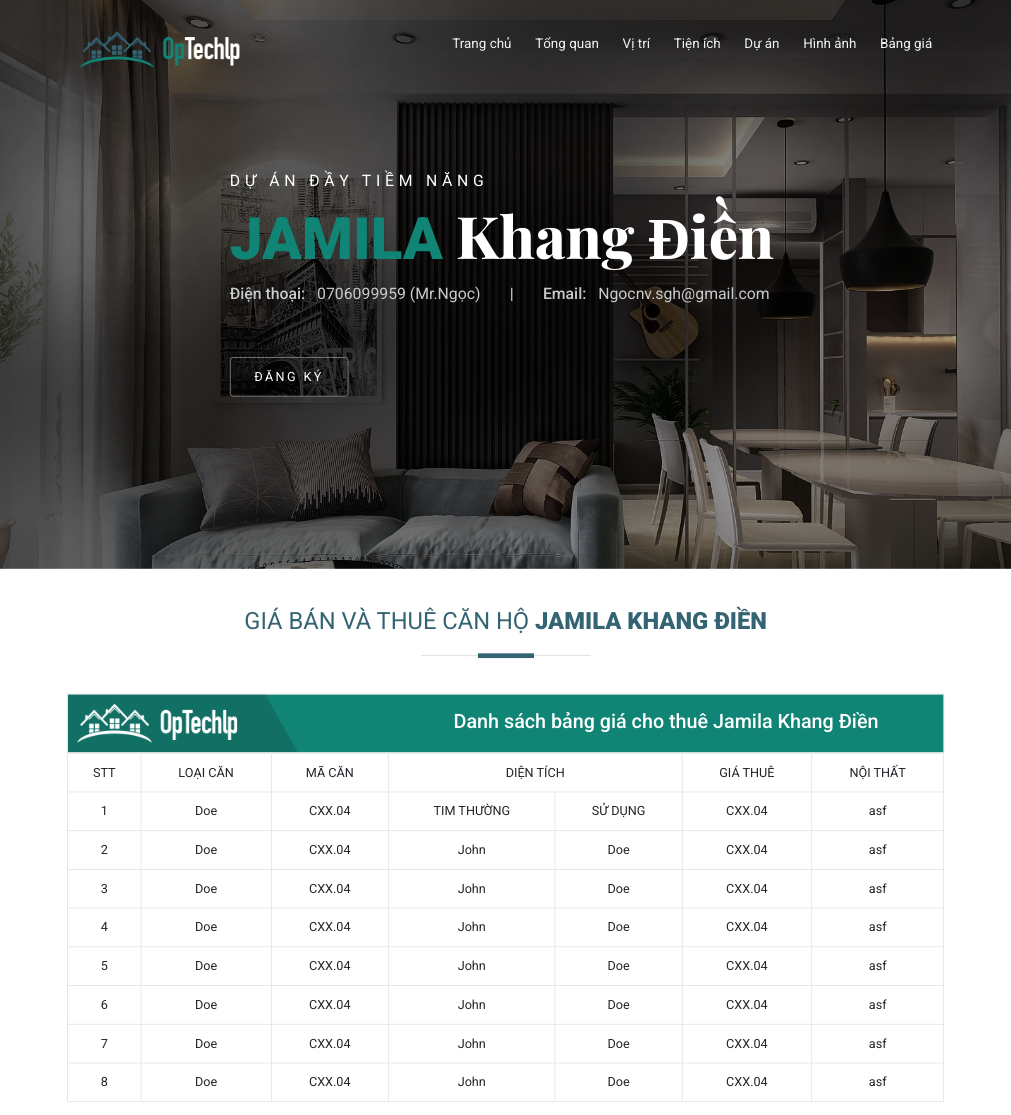
Repository: phunobi1807/Myweb
Page: index.html
An editor plug-in stored every save of this project. The page is shown before and after the next save, followed by the edit.
The browser window is 1280 px wide. The pictures show the whole page, at 79% of full size.
Some web fonts or font styles are not loaded; a fallback is used.

Above is the page before, as saved 2021-05-14 14:04:47.

### index.html
<!DOCTYPE html>
<html lang="en">

<head>
    <meta charset="UTF-8">
    <meta http-equiv="X-UA-Compatible" content="IE=edge">
    <meta name="viewport" content="width=device-width, initial-scale=1.0">
    <link rel="stylesheet" type="text/css" href="./css/style.css">
    <title>JAMILA Khang Điền</title>
</head>

<body>
    <header>
        <a href="#" class="logo">
            <img src="./image/logo-banner.png" alt="logo">
        </a>
        <div class="menuToggle" onclick="toggleMenu"></div>
        <ul class="navigation">
            <li><a href="#" onclick="toggleMenu">Trang chủ</a></li>
            <li><a href="#" onclick="toggleMenu">Tổng quan</a></li>
            <li><a href="#" onclick="toggleMenu">Vị trí</a></li>
            <li><a href="#" onclick="toggleMenu">Tiện ích</a></li>
            <li><a href="#" onclick="toggleMenu">Dự án</a></li>
            <li><a href="#" onclick="toggleMenu">Hình ảnh</a></li>
            <li><a href="#" onclick="toggleMenu">Bảng giá</a></li>
        </ul>
    </header>
    <section class="banner" id="banner">
        <div class="content">
            <p class="title">dự án đầy tiềm năng</p>
            <h3><strong>JAMILA</strong> Khang Điền</h3>
            <div class="content-contact">
                <p class="phone">Điện thoại: <span class="number-phone">0706099959 (Mr.Ngọc)</span></p>
                <div class="gachgiua">|</div>
                <p class="email">Email: <span class="email">Ngocnv.sgh@gmail.com</span></p>
            </div>
            <div class="input">
                <input type="button" class="btn btn-outline" value="Đăng ký">
            </div>
        </div>
    </section>
    <section class="price-apartment mt-5">
        <div class="container text-center">
            <div class="list-price-apartment">
                <h1>giá bán và thuê căn hộ <span>jamila khang điền</span></h1>
                <div class="gach-chan">
                    <div class="gachchan"></div>
                </div>
                <table class="table table-bordered mt-5">
                    <thead>
                        <tr>
                            <th colspan="7" style="background-image:url(./image/optechlp.png); background-repeat: no-repeat;">
                                <div class="title-table">
                                    <img src="./image/optechlp1.png" alt="">
                                    <p>Danh sách bảng giá cho thuê Jamila Khang Điền</p>
                                </div>
                            </th>
                        </tr>
                    </thead>
                    <tbody>
                        <tr class="list-title">
                            <td>STT</td>
                            <td>loại căn</td>
                            <td>mã căn</td>
                            <td colspan="2">diện tích
                            </td>
                            <td>giá thuê</td>
                            <td colspan="2">nội thất</td>


                        </tr>
                        <tr>
                            <td>1</td>
                            <td>Doe</td>
                            <td>CXX.04</td>
                            <td>TIM THƯỜNG</td>
                            <td>SỬ DỤNG</td>
                            <td>CXX.04</td>
                            <td>asf</td>
                        </tr>
                        <tr>
                            <td>2</td>
                            <td>Doe</td>
                            <td>CXX.04</td>
                            <td>John</td>
                            <td>Doe</td>
                            <td>CXX.04</td>
                            <td>asf</td>
                        </tr>
                        <tr>
                            <td>3</td>
                            <td>Doe</td>
                            <td>CXX.04</td>
                            <td>John</td>
                            <td>Doe</td>
                            <td>CXX.04</td>
                            <td>asf</td>
                        </tr>
                        <tr>
                            <td>4</td>
                            <td>Doe</td>
                            <td>CXX.04</td>
                            <td>John</td>
                            <td>Doe</td>
                            <td>CXX.04</td>
                            <td>asf</td>
                        </tr>
                        <tr>
                            <td>5</td>
                            <td>Doe</td>
                            <td>CXX.04</td>
                            <td>John</td>
                            <td>Doe</td>
                            <td>CXX.04</td>
                            <td>asf</td>
                        </tr>
                        <tr>
                            <td>6</td>
                            <td>Doe</td>
                            <td>CXX.04</td>
                            <td>John</td>
                            <td>Doe</td>
                            <td>CXX.04</td>
                            <td>asf</td>
                        </tr>
                        <tr>
                            <td>7</td>
                            <td>Doe</td>
                            <td>CXX.04</td>
                            <td>John</td>
                            <td>Doe</td>
                            <td>CXX.04</td>
                            <td>asf</td>
                        </tr>
                        <tr>
                            <td>8</td>
                            <td>Doe</td>
                            <td>CXX.04</td>
                            <td>John</td>
                            <td>Doe</td>
                            <td>CXX.04</td>
                            <td>asf</td>
                        </tr>

                    </tbody>

                </table>
            </div>
        </div>
    </section>
    <link rel="stylesheet" href="https://maxcdn.bootstrapcdn.com/bootstrap/4.5.2/css/bootstrap.min.css">
    <script src="https://ajax.googleapis.com/ajax/libs/jquery/3.5.1/jquery.min.js"></script>
    <script src="https://cdnjs.cloudflare.com/ajax/libs/popper.js/1.16.0/umd/popper.min.js"></script>
    <script src="https://maxcdn.bootstrapcdn.com/bootstrap/4.5.2/js/bootstrap.min.js"></script>
    <script type="text/javascript">
        window.addEventListener('scroll', function() {
            const header = document.querySelector('header');
            header.classList.toggle("sticky", window.scrollY > 0);
        });

        function toggleMenu() {
            const menutoggle = document.querySelector('.menuToggle');
            const navigation = document.querySelector('.navigation');
            menuToggle.classList.toggle('active');
            navigation.classList.toggle('active');
        }
    </script>
</body>

</html>
<!-- <script type="text/javascript">
    window.addEventListener('scroll', function() {
        const header = document.querySelector('header');
        header.classList.toggle("sticky", window.scrollY > 0);
    });

    function toggleMenu() {
        const menuToggle = document.querySelector('.menuToggle');
        const navigation = document.querySelector('.navigation');
        menuToggle.classList.toggle('active');
        navigation.classList.toggle('active');
    }
</script> -->

### css/style.css
    @import url(https://fonts.googleapis.com/css2?family=Roboto:wght@100;200;300;400;500;600;800;900&display=swap);
    @import url(https://fonts.googleapis.com/css2?family=Playfair+Display:wght@100;200;300;400;500;600;800;900&display=swap);
    * {
        margin: 0;
        padding: 0;
        box-sizing: border-box;
        font-family: 'Roboto', 'Regular';
        scroll-behavior: smooth;
    }

    body {
        overflow-x: hidden;
    }

    p {
        font-weight: 300;
        color: #ffffff;
    }

    .banner {
        position: relative;
        width: 100%;
        min-height: 100vh;
        display: flex;
        justify-content: center;
        align-items: center;
        background: url('../image/banner.png');
        background-size: cover;
    }

    .banner .content {
        max-width: 900px;
        text-align: left;
    }

    .banner .content p.title {
        font-size: 20px;
        opacity: 100%;
        text-transform: uppercase;
        font-weight: 400;
        letter-spacing: 6px;
        line-height: 20px;
        color: #ffffff;
    }

    .banner .content h3 {
        font-family: 'Playfair Display', serif;
        font-size: 74px;
        font-style: bold;
        font-weight: 700;
        color: #ffffff;
        text-align: left;
    }

    .banner .content h3 strong {
        color: #118575;
    }

    .banner .content .content-contact {
        margin-bottom: 50px;
    }

    .banner .content .content-contact,
    p {
        display: flex;
        color: #cacaca;
        font-size: 20px;
        font-style: bold;
        font-weight: 500;
    }

    .banner .content .content-contact p span {
        padding: 0px 15px;
        font-weight: 400;
        font-style: normal;
        color: #cacaca;
    }

    .banner .content .content-contact .gachgiua {
        padding-right: 15px;
        margin: 0px 22px;
    }

    .banner .content .input input {
        width: 150px;
        height: 50px;
        border: 1px solid;
        /* opacity: 40%; */
        color: #ffffff;
        border-color: #8a8a8a;
        text-transform: uppercase;
        letter-spacing: 3px;
        transition: 0.5s;
    }

    .banner .content .input input:hover {
        width: 160px;
        transition: 0.5s;
        background-color: #118575;
    }

    .banner .content .input input::-ms-value {
        color: red;
    }

    header {
        position: fixed;
        top: 0;
        left: 0;
        width: 100%;
        padding: 40px 100px;
        z-index: 10;
        display: flex !important;
        justify-content: space-between;
        align-items: center;
        transition: 0.5s;
    }

    header.sticky {
        background: rgb(43, 43, 43);
        padding: 10px 100px;
        box-shadow: 0 5px 20px rgba(0, 0, 0, 0.05);
    }

    header.sticky ul {
        margin-top: 14px;
        line-height: 14px;
    }

    header .navigation {
        position: relative;
        display: flex;
    }

    header .navigation li {
        list-style-type: none;
        margin-left: 30px;
    }

    header .navigation li a {
        opacity: 100%;
        font-size: 17px;
        text-decoration: none;
        color: #f2f2f2;
        line-height: 20px;
    }

    header.sticky .navigation li a {
        color: #fff;
    }

    header .navigation li a:hover {
        color: #118575;
        letter-spacing: 3px;
        transition: 1s;
        text-transform: uppercase;
    }
    /* giá bán căn hộ trong bảng  */

    .price-apartment h1 {
        font-size: 30px;
        text-transform: uppercase;
        font-weight: 400;
        color: #346473;
    }

    .price-apartment h1 span {
        font-weight: 900;
    }

    .price-apartment .gach-chan {
        border-bottom: 1px solid #d7d7d7;
        width: 215px;
        margin-left: 28rem;
        z-index: 1;
        margin-top: 25px;
    }

    .price-apartment .gachchan {
        position: absolute;
        border: 3px solid #346473;
        width: 71px;
        margin-left: 4.5rem;
        z-index: 10;
        margin-top: -2.5px;
    }

    .price-apartment .title-table {
        display: flex;
        justify-content: space-between;
    }

    .price-apartment .title-table img {}

    .price-apartment .title-table p {
        line-height: 21px;
        margin-top: 12px;
        padding: 0px 70px;
        font-style: bold;
        color: #fff;
        font-size: 25px;
    }

    .price-apartment table tr.list-title {
        text-transform: uppercase;
    }

    .price-apartment table thead tr {
        background-color: #118575;
    }
    /* end giá bán căn hộ trong bảng  */

After the next save:
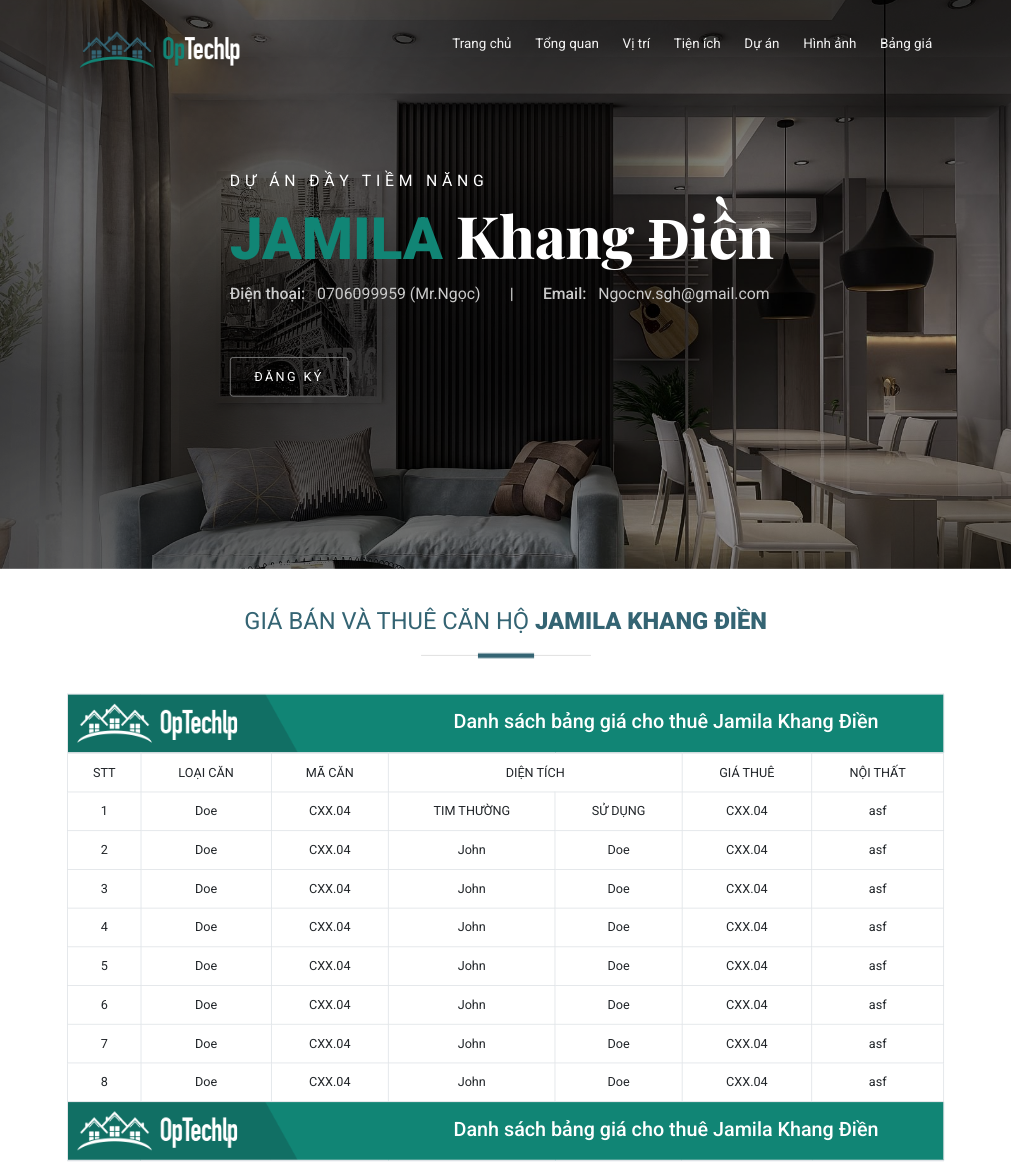
Saved 38 s later.
--- a/index.html
+++ b/index.html
@@ -141,6 +141,16 @@
                             <td>CXX.04</td>
                             <td>asf</td>
                         </tr>
+                        <thead>
+                            <tr>
+                                <th colspan="7" style="background-image:url(./image/optechlp.png); background-repeat: no-repeat;">
+                                    <div class="title-table">
+                                        <img src="./image/optechlp1.png" alt="">
+                                        <p>Danh sách bảng giá cho thuê Jamila Khang Điền</p>
+                                    </div>
+                                </th>
+                            </tr>
+                        </thead>
 
                     </tbody>
 
